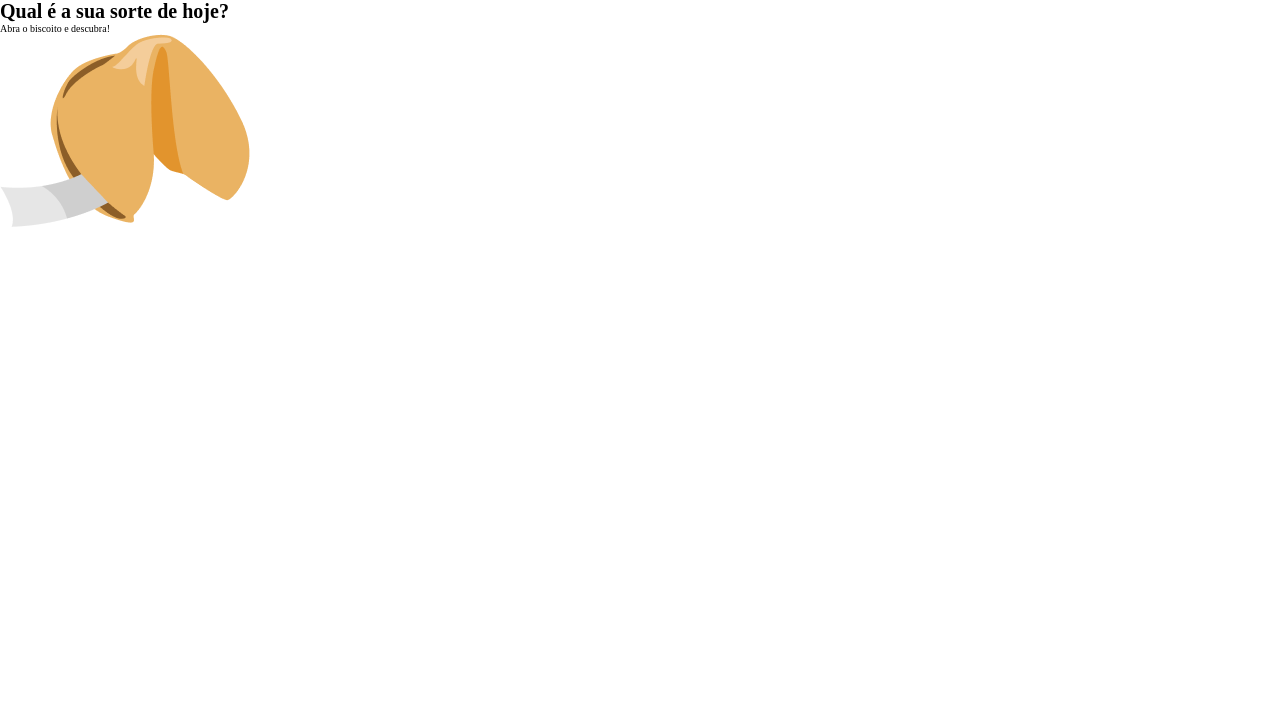
Repository: caueenrico/cookieCoach
Page: index.html
The author's editor kept a copy of each file at every save. The page is drawn from the files as they stood at one save, then again after the next save.
The browser window is 1280 px wide. The pictures show the whole page.

Above is the page before, as saved 2023-06-27 16:01:34.

After the next save:
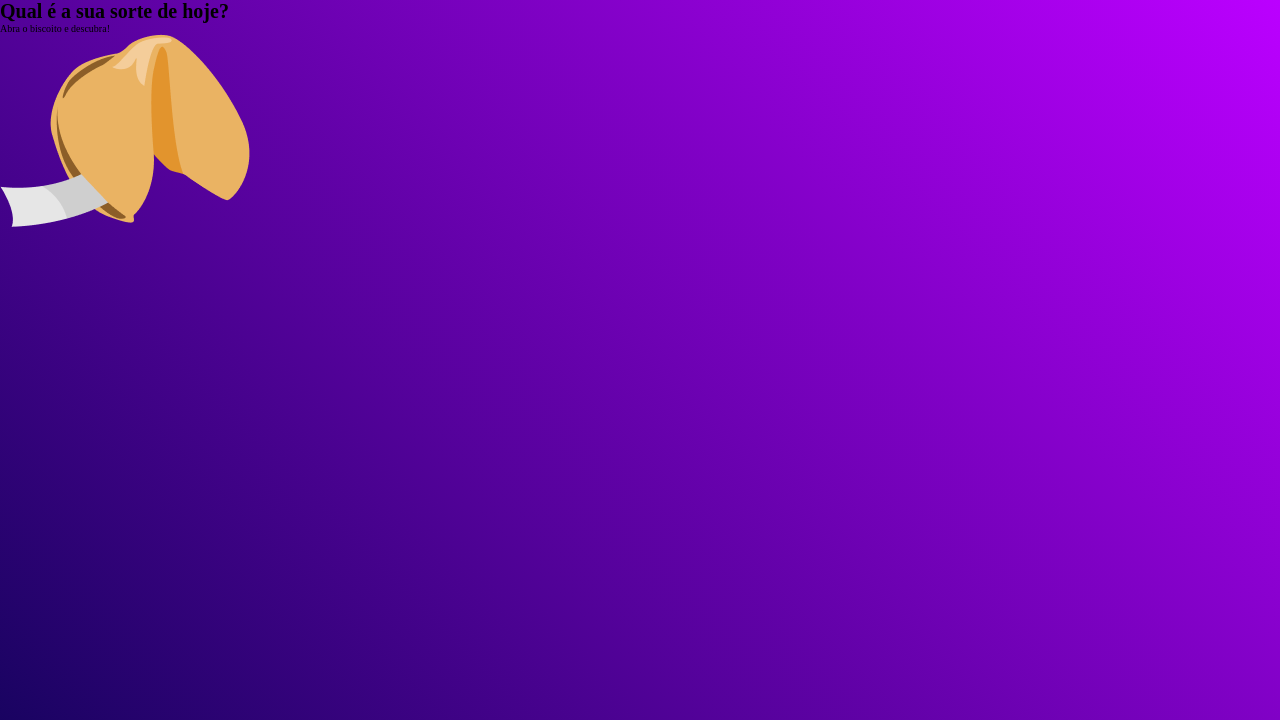
Saved 11 s later.
--- a/style.css
+++ b/style.css
@@ -18,8 +18,7 @@ body{
   height: 100vh;
   width: 100vw;
 
-  background-color: ;
-}
+  background: linear-gradient(45deg, #190361 0%, #B0F 100%);}
 
 main {
   margin: 0 auto;
